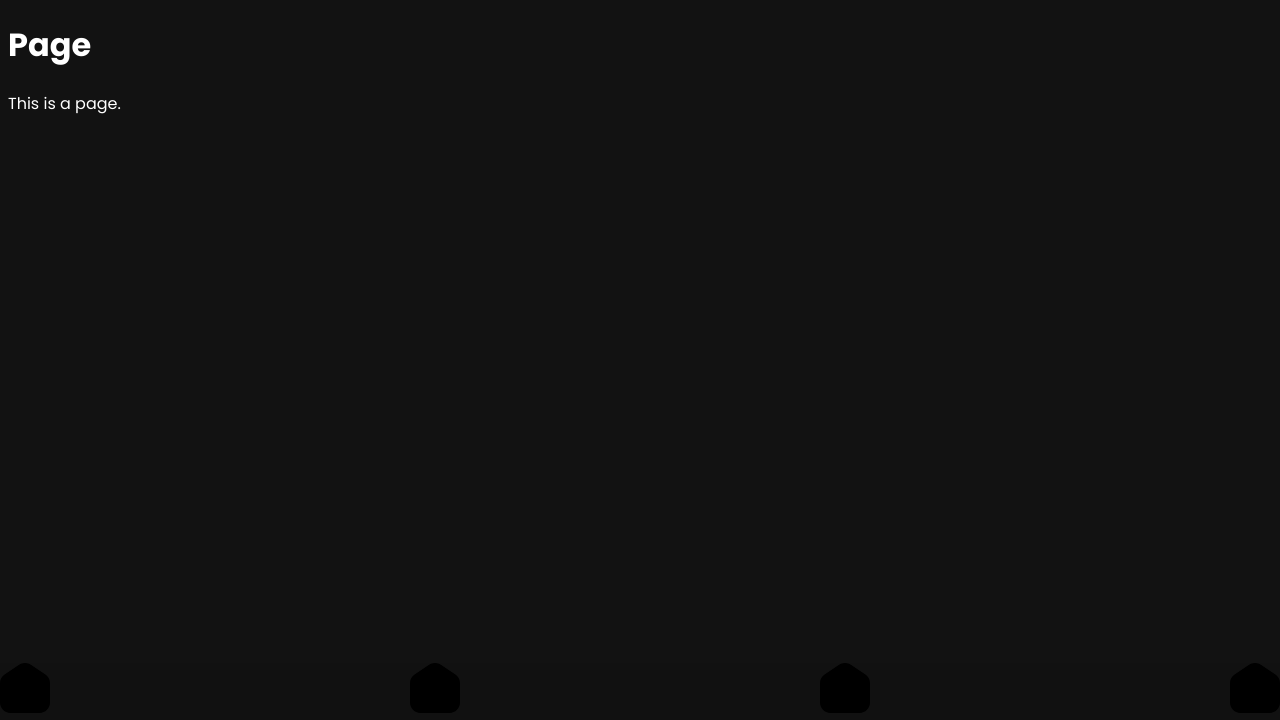
Repository: NubbDev/anime-frontend
Page: /
An editor plug-in stored every save of this project. The page is shown before and after the next save, followed by the edit.
The browser window is 1280 px wide. The pictures show the whole page.
The project was rebuilt for these pictures with package versions that can differ from the ones it lists, and the page was loaded fresh each time. The framework's server and built-in components were replaced by stand-ins that run in the browser. Also part of the build but not shown: svelte.config.js, vite.config.js.

Above is the page before, as saved 2024-08-08 01:30:38.

After the next save:
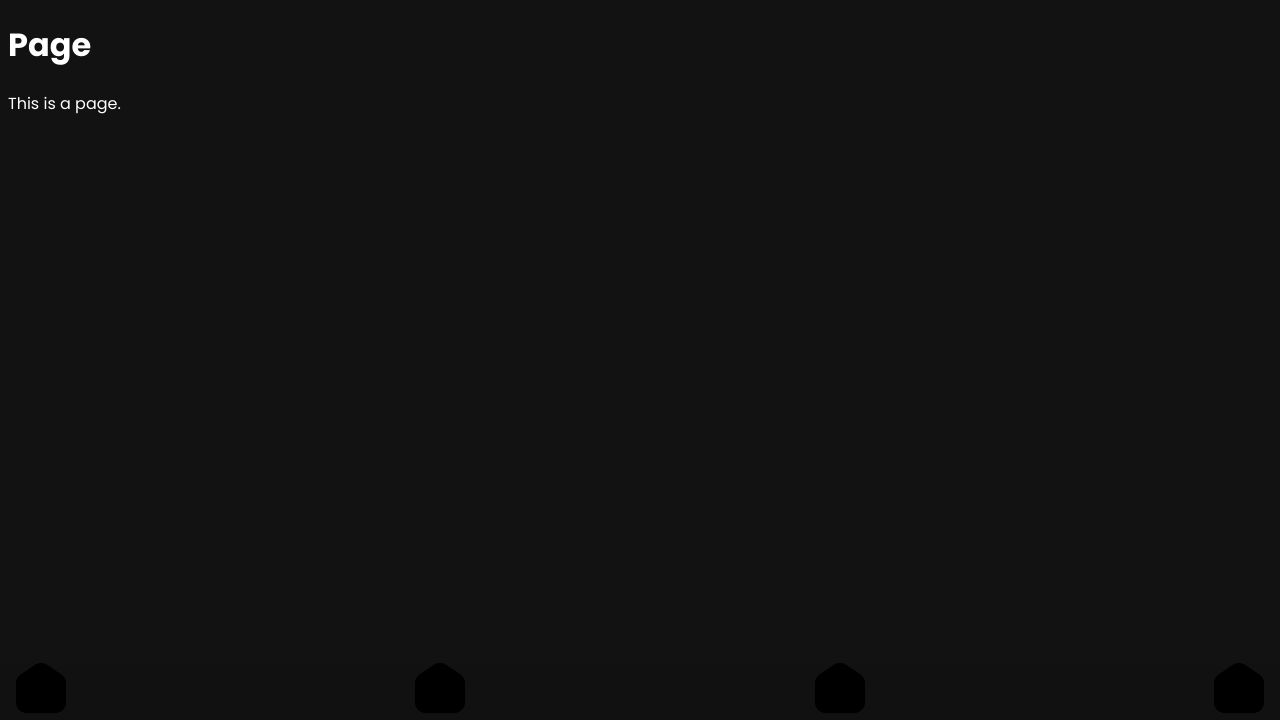
Saved 16 s later.
--- a/src/components/navigation/NavBar.svelte
+++ b/src/components/navigation/NavBar.svelte
@@ -54,6 +54,8 @@
     nav {
         display: flex;
         justify-content: space-between;
+        box-sizing: border-box;
+        padding: 0 1rem;
         position: fixed;
         bottom: 0;
         left: 0;
